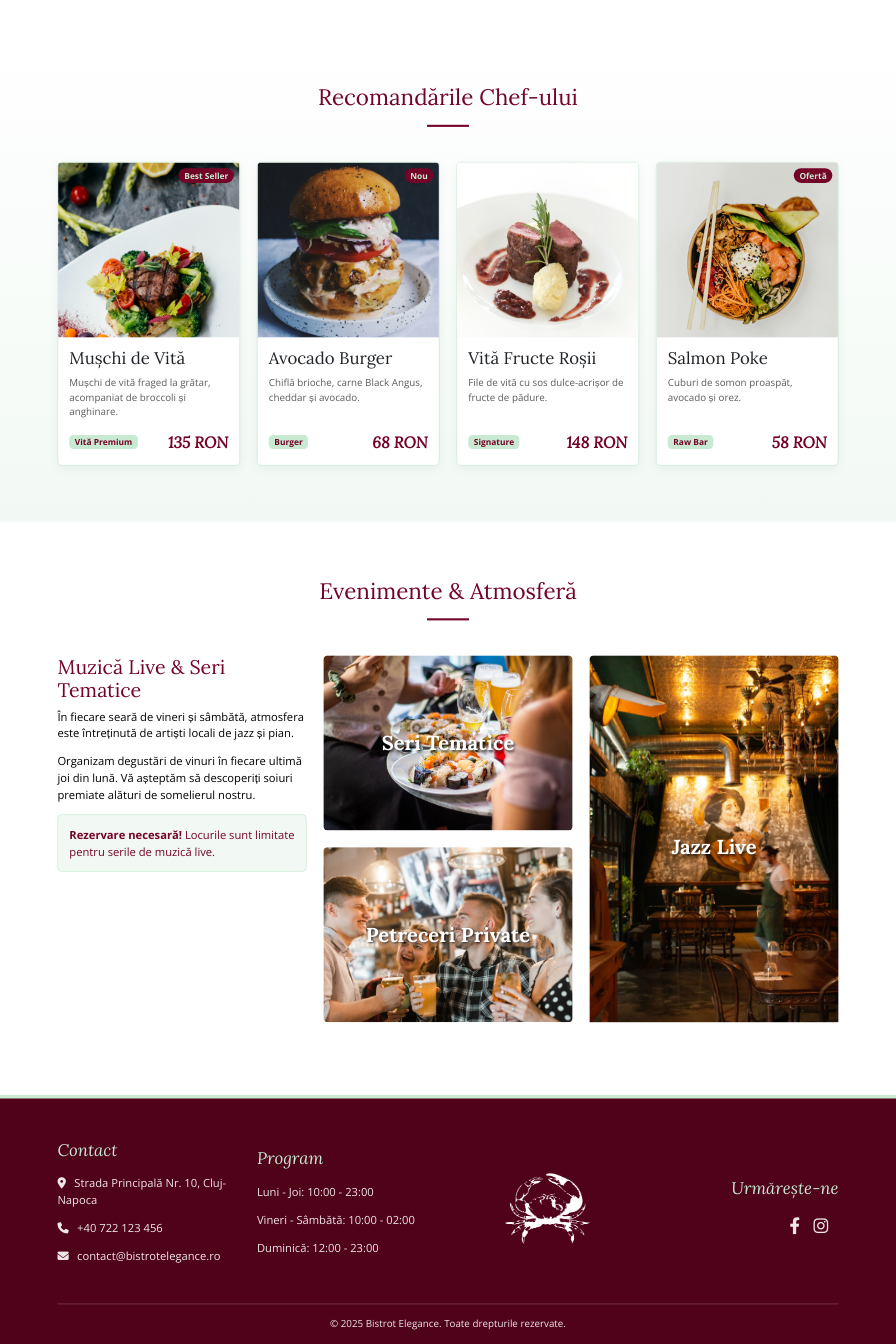
Repository: 912-Comsa-Teodora/bistrot-restaurant
Page: restaurant/index.html
The author's editor kept a copy of each file at every save. The page is drawn from the files as they stood at one save, then again after the next save.
The browser window is 1280 px wide. The pictures show the part of the page from y = 1176 to 3096 px (the page is 3096 px tall before and 3072 px after), at 70% of full size.
A picture or video elsewhere on the page could not be fetched, so the positions and the page height are approximate.

Above is the page before, as saved 2026-01-18 16:43:10.

After the next save:
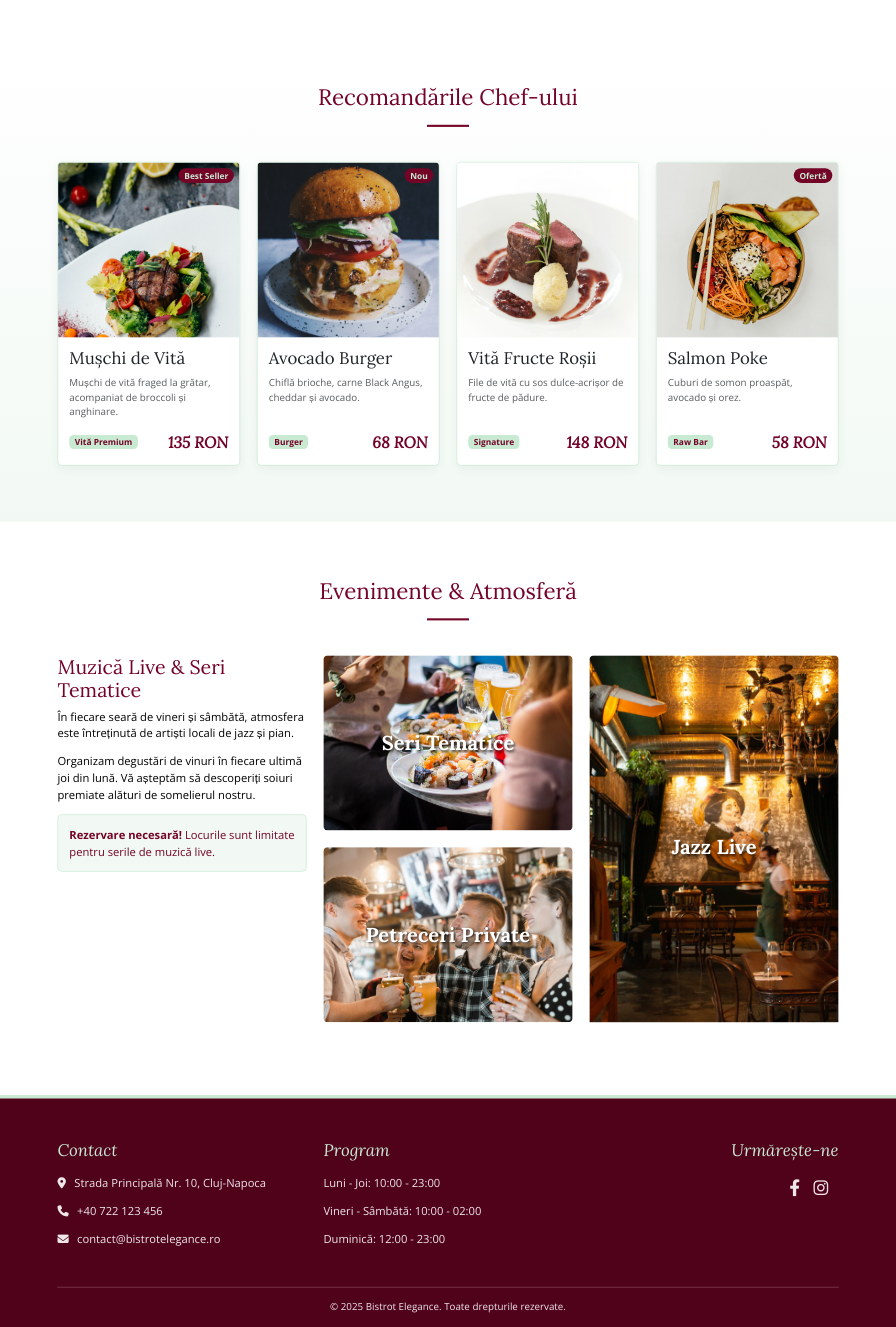
Saved 20 s later.
--- a/restaurant/index.html
+++ b/restaurant/index.html
@@ -228,13 +228,6 @@
             color: var(--mint-color);
         }
 
-        /* New class for footer logo */
-        .footer-logo {
-            max-height: 100px;
-            margin: 40px auto;
-            display: block;
-        }
-
         hr.bg-light {
              border-color: rgba(255,255,255,0.2);
         }
@@ -450,26 +443,22 @@
 
     <footer id="contact">
         <div class="container">
-            <div class="row align-items-center">
-                <div class="col-md-3 mb-4">
+            <div class="row">
+                <div class="col-md-4 mb-4">
                     <h4>Contact</h4>
                     <p><i class="fas fa-map-marker-alt me-2"></i> Strada Principală Nr. 10, Cluj-Napoca</p>
                     <p><i class="fas fa-phone me-2"></i> +40 722 123 456</p>
                     <p><i class="fas fa-envelope me-2"></i> contact@bistrotelegance.ro</p>
                 </div>
 
-                <div class="col-md-3 mb-4">
+                <div class="col-md-4 mb-4">
                     <h4>Program</h4>
                     <p>Luni - Joi: 10:00 - 23:00</p>
                     <p>Vineri - Sâmbătă: 10:00 - 02:00</p>
                     <p>Duminică: 12:00 - 23:00</p>
                 </div>
 
-                <div class="col-md-3 mb-4 text-center">
-                    <img src="./pictures/Bistrot-Elegance-Logo.png" alt="Logo Bistrot Elegance" class="footer-logo img-fluid">
-                </div>
-
-                <div class="col-md-3 mb-4 text-md-end text-center">
+                <div class="col-md-4 mb-4 text-md-end text-start">
                     <h4>Urmărește-ne</h4>
                     <div class="social-icons">
                         <a href="https://www.instagram.com/p/DTpjjSEiNyFa9zL6V36H__r-7ydWBVExPYOuuw0/?igsh=MWZ2dzEzcHJvdDZu" aria-label="Facebook"><i class="fab fa-facebook-f"></i></a>
